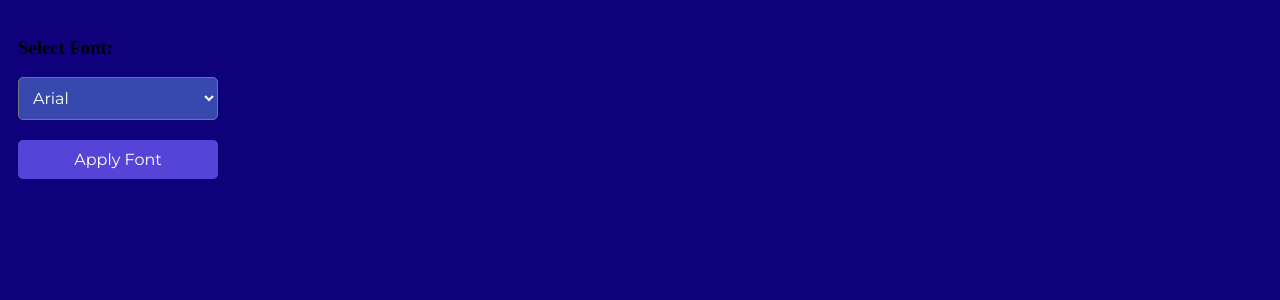
Repository: adatechschool/extension-navigateur-extension_walid_eliana_imelda
Page: extention 5/popup.html
An editor plug-in stored every save of this project. The page is shown before and after the next save, followed by the edit.
The browser window is 1280 px wide. The pictures show the whole page.

Above is the page before, as saved 2024-01-19 00:27:19.

After the next save:
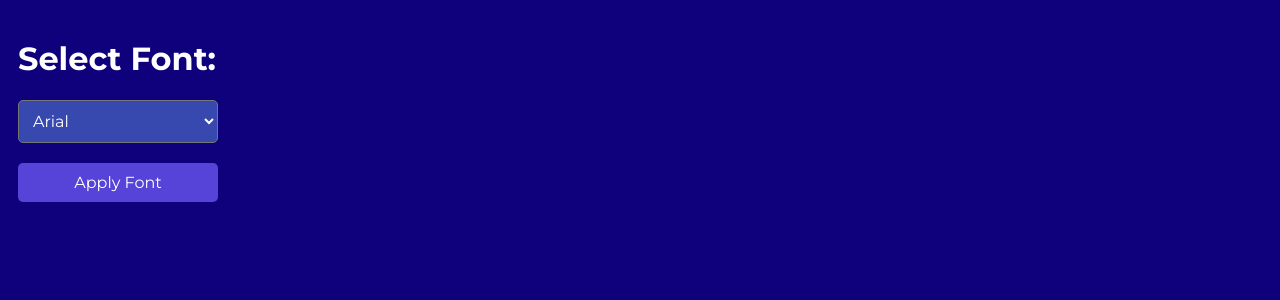
Saved 100 s later.
--- a/extention 5/popup.html
+++ b/extention 5/popup.html
@@ -10,7 +10,7 @@
   <link href="https://fonts.googleapis.com/css2?family=Montserrat:wght@400;700&display=swap" rel="stylesheet">
 </head>
 <body>
-  <h3>Select Font:</h3>
+  <h1>Select Font:</h1>
   <select id="fontSelector">
     <option value="Arial">Arial</option>
     <option value="Times New Roman">Times New Roman</option>
